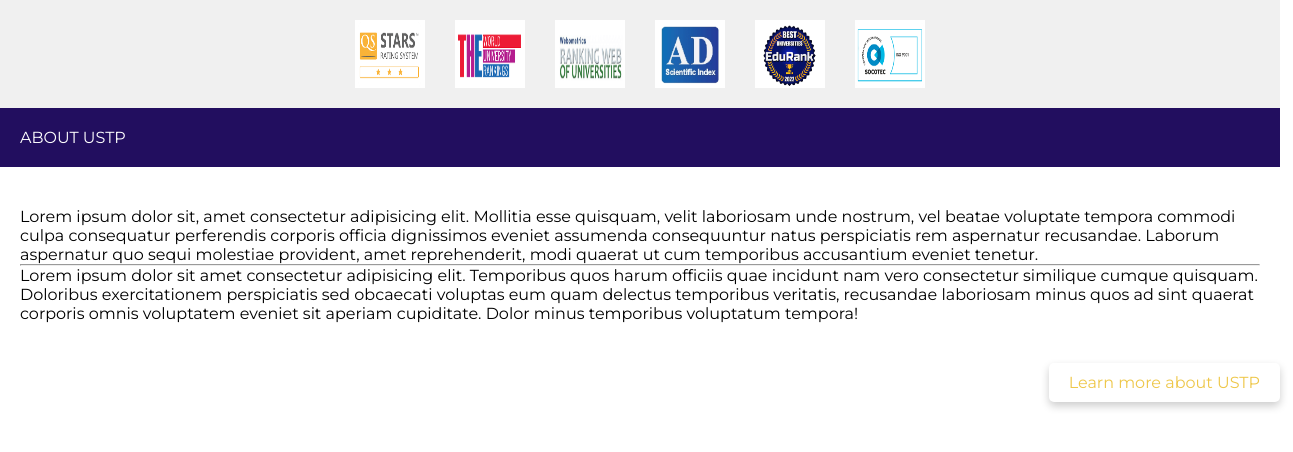
Repository: Joy5345/Colis-MidTerm_PIT
Page: index.html
The author's editor kept a copy of each file at every save. The page is drawn from the files as they stood at one save, then again after the next save.
The browser window is 1280 px wide. The page is 1293 px wide, so the pictures cover 1293 px, including what lies to the right of the window. The pictures show the part of the page from y = 484 to 953 px (the page is 936 px tall before and 953 px after).

Above is the page before, as saved 2023-07-29 18:08:51.

### index.html
<!DOCTYPE html>
<html lang="en">
<head>
    <meta charset="UTF-8">
    <meta name="viewport" content="width=device-width, initial-scale=1.0">
    <link rel="stylesheet" href="css/style.css">
    <link rel="stylesheet" href="https://cdnjs.cloudflare.com/ajax/libs/font-awesome/6.4.0/css/all.min.css" integrity="sha512-iecdLmaskl7CVkqkXNQ/ZH/XLlvWZOJyj7Yy7tcenmpD1ypASozpmT/E0iPtmFIB46ZmdtAc9eNBvH0H/ZpiBw==" crossorigin="anonymous" referrerpolicy="no-referrer" />
    <link rel="preconnect" href="https://fonts.googleapis.com">
    <link rel="preconnect" href="https://fonts.gstatic.com" crossorigin>
    <link href="https://fonts.googleapis.com/css2?family=Montserrat:wght@100;200;300;400&display=swap" rel="stylesheet">
    <title>USTP</title>

</head>
<body>
    <div class="main1">
        <div class="nav-menu1">
            <nav>
                <ul>
                    <li><a href="#"><i class="fa-solid fa-arrow-up-right-from-square"></i>Career Center</a></li>
                    <li><a href="#"><i class="fa-solid fa-arrow-up-right-from-square"></i>Student Affairs</a></li>
                    <li><a href="#"><i class="fa-solid fa-arrow-up-right-from-square"></i>Alumni Affairs</a></li>
                    <li><a href="#"><i class="fa-solid fa-arrow-up-right-from-square"></i>Employees</a></li>
                    <li><a href="#"><i class="fa-solid fa-ear-listen"></i>COVID-19 Response</a></li>
                </ul>
            </nav>

            <div class="nav-icon">
                <a href="#"><i class="fa-solid fa-magnifying-glass"></i></a>
                <a href="#"><i class="fa-brands fa-twitter"></i></a>
                <a href="#"><i class="fa-brands fa-instagram"></i></a>
                <a href="#"><i class="fa-brands fa-youtube"></i></a>
                <a href="#"><i class="fa-brands fa-facebook-f"></i></a>
            </div>
        </div>
    </div>

    <div class="nav-menu2">
        <div class="container1">
            <nav>
                <div class="logo1">
                    <img src="images/USTP logo.png" alt="USTP" class="Univ">
                </div>
            </nav>


            <div class="nav-services">
                    <ul>
                        <li><a href="#">About <i class="fa-solid fa-angle-down"></i></a></li>
                        <li><a href="#">Academics <i class="fa-solid fa-angle-down"></i></a></li>
                        <li><a href="#">Research, Innovation & Entrepreneurship <i class="fa-solid fa-angle-down"></i></a></li>
                        <li><a href="#">Global <i class="fa-solid fa-angle-down"></i></a></li>
                        <li><a href="#">Updates <i class="fa-solid fa-angle-down"></i></a></li>
                        <li><a href="#">Services <i class="fa-solid fa-angle-down"></i></a></li>
                    </ul>
            </div>

        </div>
    </div>

    <div class="wallpaper"></div>

    <div class="logos">
        <div class="container2">
            <img src="images/logo1.png" alt="Logo 1">
            <img src="images/logo2.png" alt="Logo 2">
            <img src="images/logo3.png" alt="Logo 3">
            <img src="images/logo4.png" alt="Logo 4">
            <img src="images/logo5.png" alt="Logo 5">
            <img src="images/logo6.png" alt="Logo 6">
        </div>
    </div>

    <div class="about-ustp-header">
        <nav class="about-ustp">
            <a href="#">ABOUT USTP</a>
        </nav>
    </div>

        <div>
            <div class="info">
                <p>Lorem ipsum dolor sit, amet consectetur adipisicing elit. Mollitia esse quisquam, velit laboriosam unde nostrum, vel beatae voluptate tempora commodi culpa consequatur perferendis corporis officia dignissimos eveniet assumenda consequuntur natus perspiciatis rem aspernatur recusandae. Laborum aspernatur quo sequi molestiae provident, amet reprehenderit, modi quaerat ut cum temporibus accusantium eveniet tenetur.</p>
                <hr>
                <p>Lorem ipsum dolor sit amet consectetur adipisicing elit. Temporibus quos harum officiis quae incidunt nam vero consectetur similique cumque quisquam. Doloribus exercitationem perspiciatis sed obcaecati voluptas eum quam delectus temporibus veritatis, recusandae laboriosam minus quos ad sint quaerat corporis omnis voluptatem eveniet sit aperiam cupiditate. Dolor minus temporibus voluptatum tempora!</p>
            </div>
        </div>
    </div>

    <div class="learn-more">
        <div class="learn-more-btn">
            <a href="#" class="learn-more-link">Learn more about USTP</a>
        </div>
    </div>
</body>
</html>

### css/style.css
*{
    font-family: Montserrat;
    box-sizing: border-box;
    margin: 0 0;
}
.main1{
    display: flex;
    background-color: rgb(17, 17, 56);
    color: aliceblue;
    width: 100%;
    justify-content: center;
    padding-top: 10px;
    padding-bottom: 10px;

}
.nav-menu1{
    width: 80%;
    background-color: rgb(17, 17, 56);
    display: flex;
    align-items: center;
    justify-content: space-between;
}
nav ul{
    list-style: none;
}
nav ul li{
   display: inline-flex;
   list-style: none;
}
nav ul li a{
    margin-right: 10px;
    color: aliceblue;
    font-size: .8rem;
    text-decoration: none;
}
nav ul li a i{
    margin-right: 10px;
}
.fa-solid{
    margin-left: 5px;
}
.nav-icon i{
    margin-left: 20px;
    color: aliceblue;
}
.fa-magnifying-glass{
    color: aliceblue;
    font-size: 1rem;
    font-weight: bolder;
}
.nav ul li a:hover{
    color:gold;
}
.nav-icon i:hover{
    color: gold;
}

.nav-menu2{
    background-color: #fff;
    padding: 5px;
    display: flex;
    align-items: center;
    justify-content: space-between;
}

.container1 {
    display: flex;
    align-items: center;
}

.Univ{
    width: 350px;
    margin-right: 10px;
}

.nav-services ul{
    display: flex;
    margin-left: auto;
    align-items:end;
    text-decoration: none;
}

.nav-services > ul li{
    display: inline-flex;
    margin-left: 20px;
    list-style: none;
}

.nav-services > ul li a{
    text-decoration: none;
    color:black;
    font-weight: bold;
    font-size: small;
    margin-left: 10px;
}

.nav-services > ul li a i{
    margin-left: 10px;
}

.nav-services > ul li a:hover{
    color: gray;
}

.wallpaper{
    height: 350px;
    width: 100%;
    margin-left: 1%;
    background-image: url("../images/BTS-Bangtan-Sonyeondan-2023-Fest.jpg");
    border-top-left-radius: 50px;
    border-bottom-right-radius: 50px;
    background-position: center center;
}

.logos{
    background-color: #f0f0f0;
    padding: 20px 0;
    text-align: center;
}

.container2{
    display: flex;
    justify-content: center;
}

.container2 img {
    max-width: 70px;
    margin: 0 15px;
}

.about-ustp-header{
    background-color: #220e5f;
    padding: 20px 20px;
    justify-content: flex-end;
}

.about-ustp{
    text-transform: uppercase;
}

.about-ustp a {
    color: #fff;
    text-decoration: none;
    margin-left: auto;
}

.info {
    padding: 40px 20px;
    background-color: #fff;
}

.info-content {
    max-width: 500px;
    margin: 0 auto;
}


.info-content p {
    font-size: 16px;
    margin-bottom: 100px;
}

.learn-more-btn {
    text-align: right;
    margin-bottom: 50px;
}

.learn-more-link {
    display: inline-block;
    padding: 10px 20px;
    background-color: var(--primary-color);
    color: #eec749;
    text-decoration: none;
    border-radius: 5px;
    font-size: 16px;
    box-shadow: 0 4px 8px rgba(0, 0, 0, 0.2);
    transition: background-color 0.2s ease;
}

.learn-more-link:hover {
    text-decoration-color: #220e5f;
    background-color: #b39800;

After the next save:
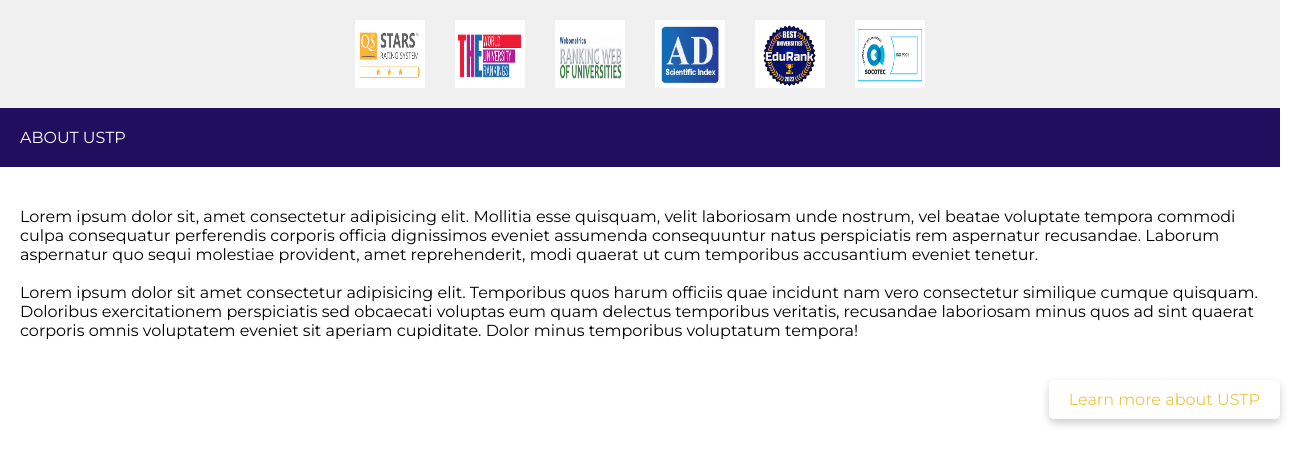
Saved 50 s later.
--- a/index.html
+++ b/index.html
@@ -78,8 +78,8 @@
 
         <div>
             <div class="info">
-                <p>Lorem ipsum dolor sit, amet consectetur adipisicing elit. Mollitia esse quisquam, velit laboriosam unde nostrum, vel beatae voluptate tempora commodi culpa consequatur perferendis corporis officia dignissimos eveniet assumenda consequuntur natus perspiciatis rem aspernatur recusandae. Laborum aspernatur quo sequi molestiae provident, amet reprehenderit, modi quaerat ut cum temporibus accusantium eveniet tenetur.</p>
-                <hr>
+                <p>Lorem ipsum dolor sit, amet consectetur adipisicing elit. Mollitia esse quisquam, velit laboriosam unde nostrum, vel beatae voluptate tempora commodi culpa consequatur perferendis corporis officia dignissimos eveniet assumenda consequuntur natus perspiciatis rem aspernatur recusandae. Laborum aspernatur quo sequi molestiae provident, amet reprehenderit, modi quaerat ut cum temporibus accusantium eveniet tenetur.</p> <br>
+
                 <p>Lorem ipsum dolor sit amet consectetur adipisicing elit. Temporibus quos harum officiis quae incidunt nam vero consectetur similique cumque quisquam. Doloribus exercitationem perspiciatis sed obcaecati voluptas eum quam delectus temporibus veritatis, recusandae laboriosam minus quos ad sint quaerat corporis omnis voluptatem eveniet sit aperiam cupiditate. Dolor minus temporibus voluptatum tempora!</p>
             </div>
         </div>
